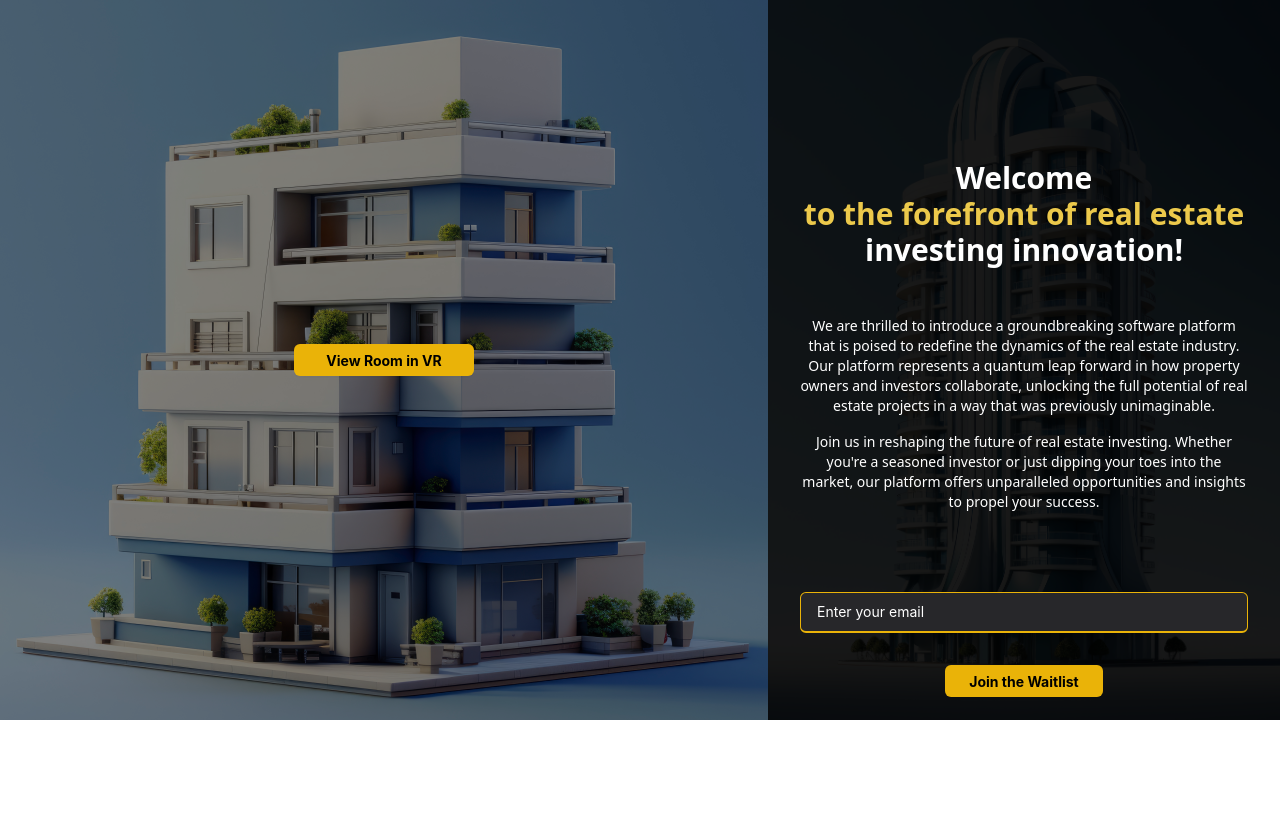
Repository: brytemenz/investnest-landing
Page: /
These files come from the project's save history. The page is drawn as it stood at one moment and after the next save; the edit follows.
The browser window is 1280 px wide. The pictures show the whole page.
The project was rebuilt for these pictures with package versions that can differ from the ones it lists, and the page was loaded fresh each time. Also part of the build but not shown: vite.config.js, src/components/ThreeDImage.jsx.

Above is the page before, as saved 2024-06-06 16:16:30.

### src/main.jsx
// src/main.jsx
import 'antd/dist/reset.css';
import './index.css';
import './landingPage.css';
import React from 'react';
import ReactDOM from 'react-dom/client';
import App from './App';

ReactDOM.createRoot(document.getElementById('root')).render(
  <React.StrictMode>
    <App />
  </React.StrictMode>
);

### src/landingPage.css
/* src/landingPage.css */
.bg-cover {
  background-size: cover;
}

.bg-center {
  background-position: center;
}


/* landingPage.css */
/* landingPage.css */
.left-image {
  height: 100%;
  background-image: url('./assets/leftimage.jpg'); /* Ensure the path is correct */
  background-size: cover;
  background-position: center;
  background-repeat: no-repeat;
}

@keyframes fadeIn {
  from {
    opacity: 0;
  }
  to {
    opacity: 1;
  }
}

.landing-page.loaded {
  animation: fadeIn 0.5s ease-in-out;
}

@keyframes fadeIn {
  from {
    opacity: 0;
  }
  to {
    opacity: 1;
  }
}

.landing-page.loaded {
  animation: fadeIn 0.5s ease-in-out;
}

.hover\:text-gold:hover {
  color: gold;
}

.hover\:px-6:hover {
  padding-left: 1.5rem;
  padding-right: 1.5rem;
}

.hover\:py-3:hover {
  padding-top: 0.75rem;
  padding-bottom: 0.75rem;
}
.landing-page {
  display: flex;
  flex-direction: column;
  min-height: 100vh;
}

@media (min-width: 1024px) {
  .landing-page {
    flex-direction: row;
  }
}



.bg-cover {
  background-size: cover;
}

.bg-center {
  background-position: center;
}

.text-yellow-500 {
  color: #ecc94b;
}

### src/App.jsx
// App.jsx
import React, { useState, useEffect } from 'react';
import LandingPage from './pages/landingPage';
import LoadingSpinner from './components/loadingSpinner';

const App = () => {
  const [loading, setLoading] = useState(true);

  useEffect(() => {
    // Simulate a delay to mimic loading process
    const timeout = setTimeout(() => {
      setLoading(false);
    }, 2000);

    // Clean up the timeout
    return () => clearTimeout(timeout);
  }, []);

  return (
    <>
      {loading ? <LoadingSpinner /> : <LandingPage />}
    </>
  );
};

export default App;

### src/pages/landingPage.jsx
import React, { useState, useEffect } from 'react';
import rightImage from '../assets/rightimage.jpg';
import { Button, Input, message } from 'antd';
import LoadingSpinner from '../components/loadingSpinner';
import ThreeDImage from '../components/ThreeDImage';
import Footer from '../components/footer'; // Ensure the import matches the component name
import emailjs from 'emailjs-com';

const LandingPage = () => {
  const [isLoading, setIsLoading] = useState(true);
  const [show3DModel, setShow3DModel] = useState(false);
  const [viewMode, setViewMode] = useState(null);
  const [email, setEmail] = useState('');
  const [userMessage, setUserMessage] = useState('');

  useEffect(() => {
    const timer = setTimeout(() => {
      setIsLoading(false);
    }, 2000);

    return () => clearTimeout(timer);
  }, []);

  const handleView3DModel = (mode) => {
    setShow3DModel(true);
    setViewMode(mode);
  };

  const handleEmailChange = (e) => {
    setEmail(e.target.value);
  };

  const handleEmailSubmit = () => {
    if (!email) {
      message.error('Please enter email address');
      return;
    }

    const templateParams = {
      user_email: email,
      from_name: 'New Investor',
      message: userMessage
    };

    emailjs.send('service_8mkirnz', 'template_6623vdd', templateParams, 'tySJqPuSBuoEdtfig')
      .then((response) => {
        message.success('Email successfully sent!');
        setEmail(''); // Clear the email input
      }, (error) => {
        message.error('Failed to send email, please try again later');
      });
  };

  return (
    <div className="landing-page min-h-screen flex flex-col lg:flex-row">
      {isLoading ? (
        <LoadingSpinner />
      ) : (
        <>
          <div className="w-full lg:w-3/5 relative flex flex-col justify-center items-center bg-gray-900">
            {show3DModel ? (
              <ThreeDImage modelUrl="/room.glb" mode={viewMode} />
            ) : (
              <div className="h-full relative w-full">
                <div className="left-image h-full flex flex-col justify-center items-center">
                  <div className="absolute inset-0 bg-black bg-opacity-50 flex flex-col items-center justify-center space-y-4">
                    <Button
                      onClick={() => handleView3DModel('vr')}
                      className="bg-yellow-500 text-black px-8 rounded-md font-bold mt-80 lg:mt-0 lg:self-center transition duration-300 ease-in-out hover:text-yellow-500"
                      style={{ border: 'none' }}
                    >
                      View Room in VR
                    </Button>
                  </div>
                </div>
              </div>
            )}
          </div>
          <div className="w-full lg:w-2/5 relative flex flex-col justify-end bg-cover bg-center" style={{ backgroundImage: `url(${rightImage})` }}>
            <div className="absolute inset-0 bg-black bg-opacity-90 flex flex-col justify-start items-start text-white p-8">
              <div className="mt-32 text-left lg:text-center w-full">
                <h2 className="text-3xl font-bold mb-4">Welcome <br /><span className='text-yellow-500'>to the forefront of real estate </span><br />investing innovation!</h2>
                <p className="text-sm mt-12">
                  We are thrilled to introduce a groundbreaking software platform that is poised to redefine the dynamics of the real estate industry.
                  Our platform represents a quantum leap forward in how property owners and investors collaborate, unlocking the full potential of
                  real estate projects in a way that was previously unimaginable.
                </p>
                <p className="text-sm mt-4">
                  Join us in reshaping the future of real estate investing. Whether you're a seasoned investor or just dipping your toes into the market,
                  our platform offers unparalleled opportunities and insights to propel your success.
                </p>
                <div className="mt-20 flex justify-center">
                  <Input
                    placeholder="Enter your email"
                    className="border-b-2 border-white bg-zinc-800 text-white placeholder-white px-4 py-2 focus:outline-none focus:text-black border-yellow-500"
                    value={email}
                    onChange={handleEmailChange}
                  />
                </div>
                <div className="mt-8 flex items-center justify-center">
                  <Button
                    className="bg-yellow-500 text-black px-6 rounded-md font-bold self-center transition duration-300 ease-in-out hover:text-yellow-500"
                    style={{ border: 'none' }}
                    onClick={handleEmailSubmit}
                  >
                    Join the Waitlist
                  </Button>
                </div>
              </div>
              <Footer />
            </div>
          </div>
        </>
      )}
    </div>
  );
};

export default LandingPage;

### src/components/loadingSpinner.jsx
// src/pages/LoadingSpinner.jsx
import React from 'react';
import { CircleLoader } from 'react-spinners';

const LoadingSpinner = () => {
  return (
    <div className="flex justify-center items-center min-h-screen">
      <CircleLoader color="#FFC107" />
    </div>
  );
};

export default LoadingSpinner;

### src/components/footer.jsx
import React from 'react';
import { FontAwesomeIcon } from '@fortawesome/react-fontawesome';
import { faFacebook, faLinkedin, faInstagram, faTwitter } from '@fortawesome/free-brands-svg-icons';

const Footer = () => {
  return (
    <footer className="text-sm mt-12">
      <div>
        <p>www.investnest.net | Email: info@investnest.net | Contacts: 0209156282 / 0506154295</p>
      </div>
      <div className="mt-8 flex items-center justify-center mx-auto">
        <FontAwesomeIcon icon={faFacebook} className="text-yellow mr-4 cursor-pointer" />
        <FontAwesomeIcon icon={faLinkedin} className="text-yellow mr-4 cursor-pointer" />
        <FontAwesomeIcon icon={faInstagram} className="text-yellow mr-4 cursor-pointer" />
        <FontAwesomeIcon icon={faTwitter} className="text-yellow mr-4 cursor-pointer" />
      </div>
    </footer>
  );
};

export default Footer;

Loaded but not shown: src/index.css (common file); tailwind.config.js (common file)

After the next save:
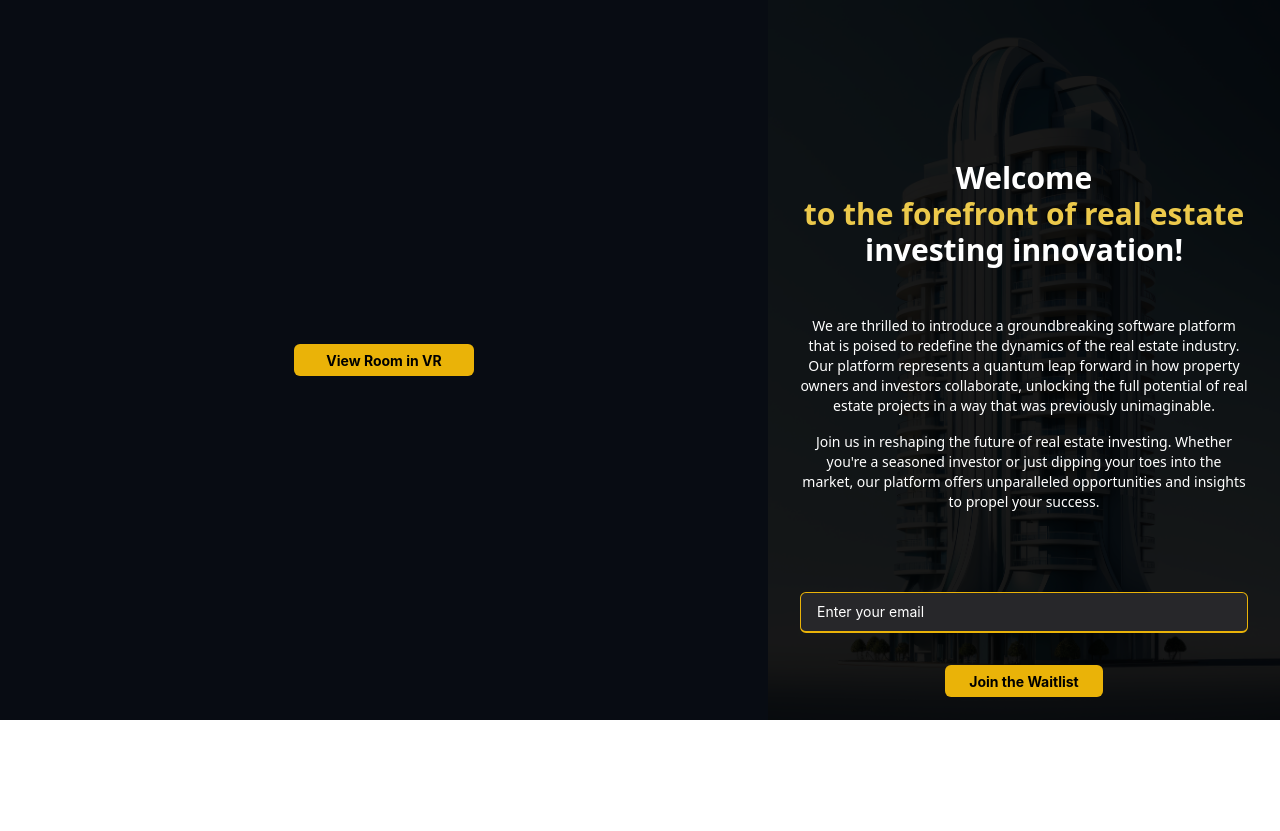
Saved 13 s later.
--- a/src/landingPage.css
+++ b/src/landingPage.css
@@ -5,11 +5,7 @@
 
 .bg-center {
   background-position: center;
-}
 
-
-/* landingPage.css */
-/* landingPage.css */
 .left-image {
   height: 100%;
   background-image: url('./assets/leftimage.jpg'); /* Ensure the path is correct */

After the save that followed:
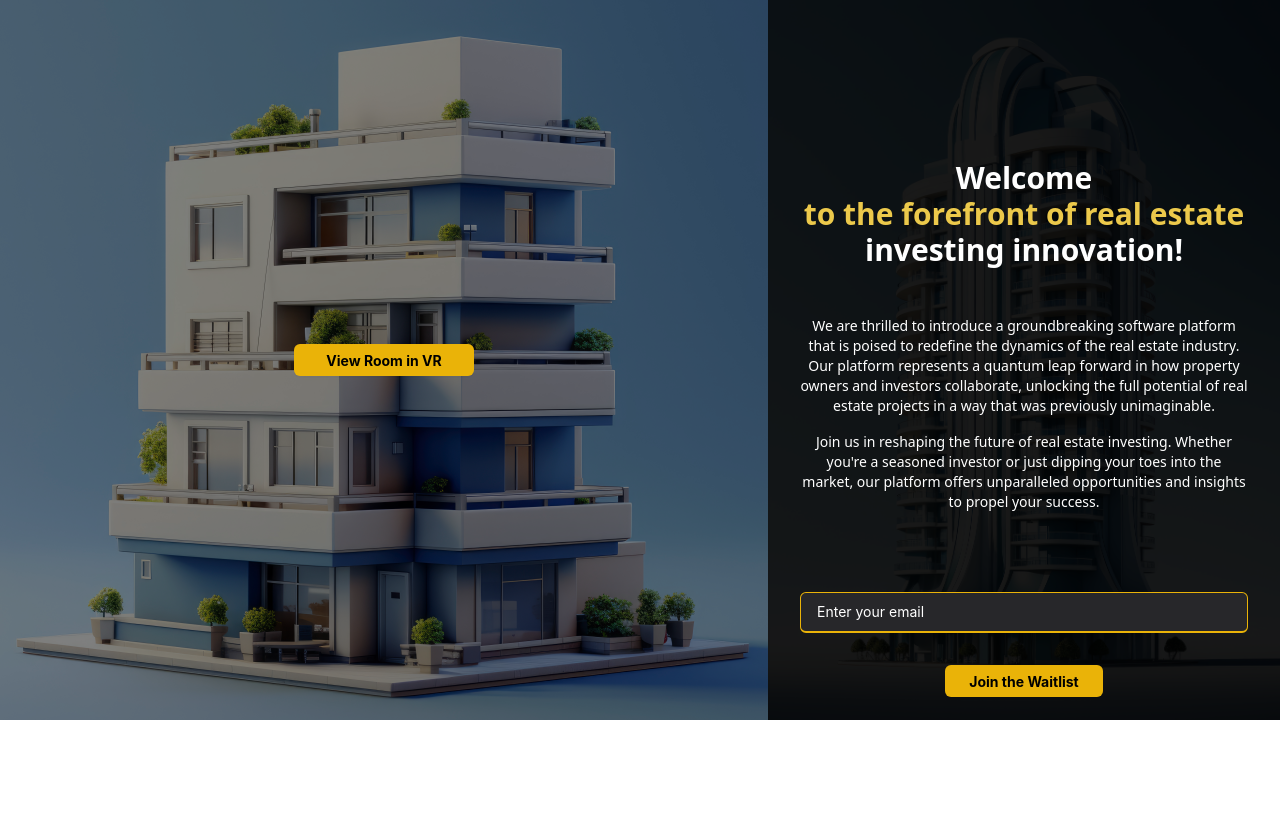
Saved 12 s later.
--- a/src/landingPage.css
+++ b/src/landingPage.css
@@ -5,6 +5,7 @@
 
 .bg-center {
   background-position: center;
+}
 
 .left-image {
   height: 100%;
